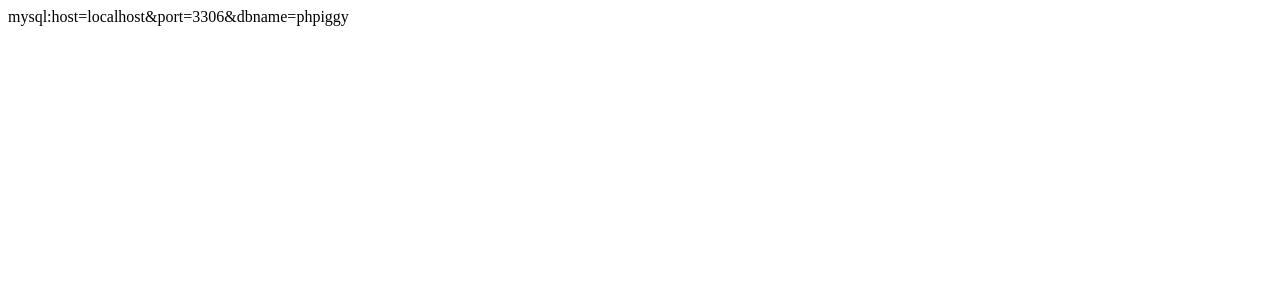
Repository: Conjet/PHPiggy
Page: http://localhost/cli.php
These files come from the project's save history. The page is drawn as it stood at one moment and after the next save; the edit follows.
The browser window is 1280 px wide. The pictures show the whole page.
The page is run by PHP 8.4 with error messages shown; the project is at /var/www/html/.

Above is the page before, as saved 2023-09-09 01:46:03.

After the next save:
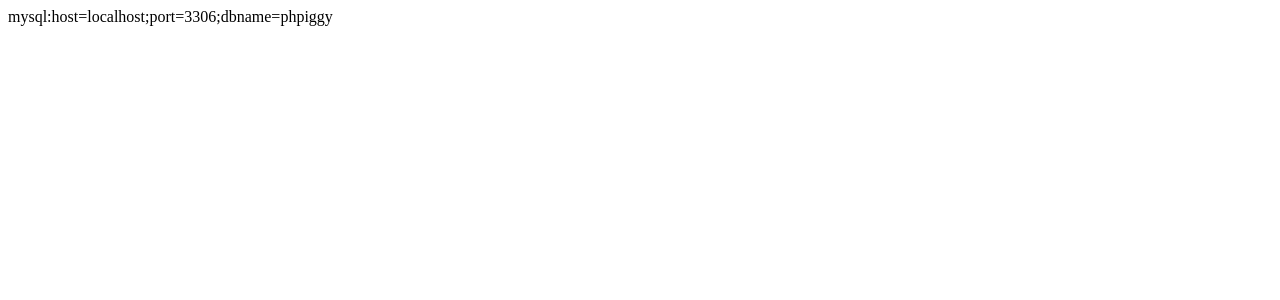
Saved 2 min 19 s later.
--- a/cli.php
+++ b/cli.php
@@ -1,12 +1,15 @@
 <?php
 
 $driver = 'mysql';
-$config = http_build_query([
+$config = http_build_query(data: [
     'host' => 'localhost',
     'port' => 3306,
     'dbname' => 'phpiggy'
-]);
+], arg_separator: ';');
 
 $dsn = "{$driver}:{$config}";
 
+$username = 'root';
+$password = '';
+
 echo $dsn;
